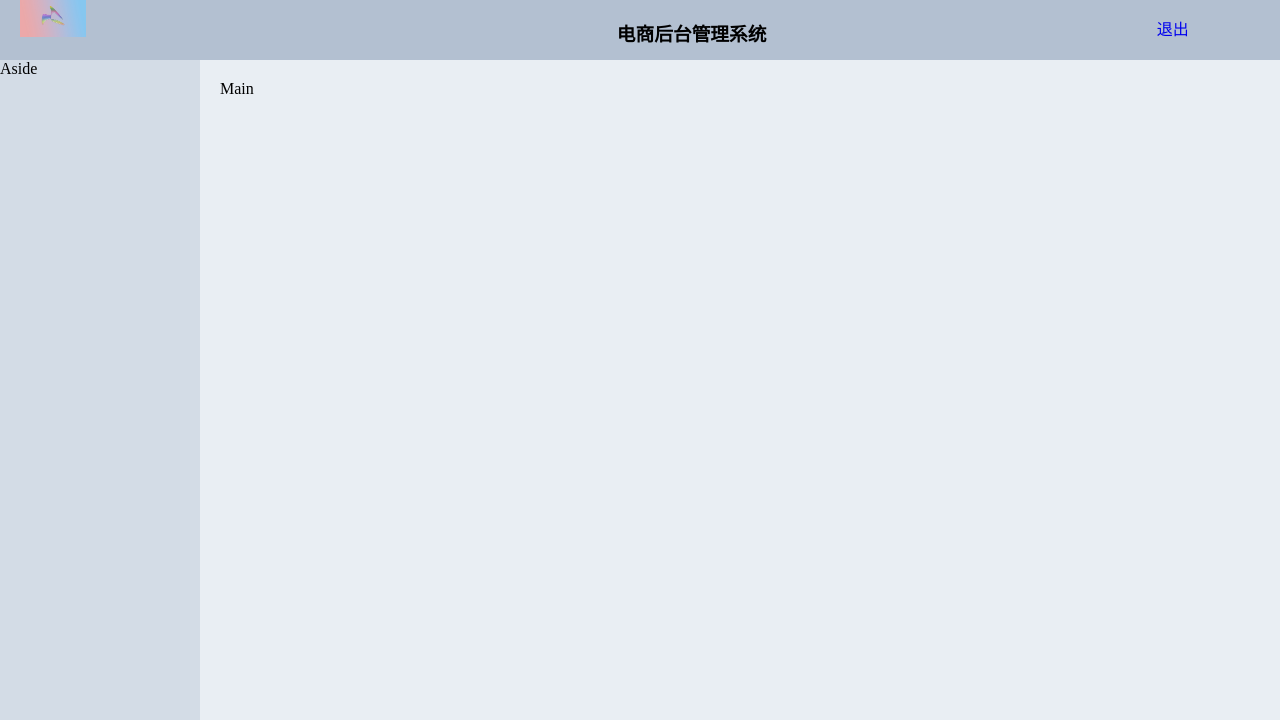
Repository: StenphonCook/mallmanger_my
Page: /#/
The author's editor kept a copy of each file at every save. The page is drawn from the files as they stood at one save, then again after the next save.
The browser window is 1280 px wide. The pictures show the whole page.
The project was rebuilt for these pictures with package versions that can differ from the ones it lists, and the page was loaded fresh each time. Also part of the build but not shown: src/components/login/login.vue.

Above is the page before, as saved 2022-05-18 22:10:58.

### index.html
<!DOCTYPE html>
<html>
  <head>
    <meta charset="utf-8">
    <meta name="viewport" content="width=device-width,initial-scale=1.0">
    <title>mallmanager_my</title>
  </head>
  <body>
    <div id="app"></div>
    <!-- built files will be auto injected -->
  </body>
</html>

### src/main.js
// The Vue build version to load with the `import` command
// (runtime-only or standalone) has been set in webpack.base.conf with an alias.
import Vue from 'vue'
import App from './App'
import router from './router'
import MyHttpServe from '@/plugins/http';
import ElementUI from 'element-ui';
import 'element-ui/lib/theme-chalk/index.css';
import '@/assets/css/reset.css'


Vue.use(ElementUI);
Vue.use(MyHttpServe)

Vue.config.productionTip = false

/* eslint-disable no-new */
new Vue({
    el: '#app',
    router,
    // render:(h)=>h{App}下方代码等价写法，
    components: { App },
    template: '<App/>'
})

### src/App.vue
<template>
  <div id="app">
    <router-view/>
  </div>
</template>

<script>
export default {
  name: 'App'
}
</script>

<style>
  #app{
    height: 100%;
  }
</style>

### src/router/index.js
import Vue from 'vue'
import Router from 'vue-router'
import Login from '@/components/login/login.vue'
import Home from '@/components/home/home.vue'
Vue.use(Router)

export default new Router({
    routes: [{
            name: 'login',
            path: '/login',
            component: Login
        },

        {
            name: 'home',
            path: '/',
            component: Home
        }
    ]
})

### src/plugins/http.js
//插件模块

import axios from "axios";
const MyHttpServe = {}

MyHttpServe.install = (Vue) => {
    // 设置基准接口
    axios.defaults.baseURL = 'http://127.0.0.1:8888/api/private/v1/'
        // 4. 添加实例方法
    Vue.prototype.$http = axios
}

export default MyHttpServe

### src/assets/css/reset.css
html,
body {
    height: 100%;
    padding: 0;
    margin: 0;
}

### src/components/home/home.vue
<template>
    <el-container class="container">
        <el-header class="header">
            <el-row>
                <el-col :span="4">
                <div class="grid-content bg-purple">
                    <img src="../../assets/logo.jpg" width="32%" alt="无法显示图片">
                </div>
                </el-col>
                <el-col :span="18" class="middle">
                    <h3>电商后台管理系统</h3>
                </el-col>
                <el-col :span="2">
                <div class="grid-content bg-purple">
                    <a class="loginOut" href="#">退出</a>
                </div>
                </el-col>
            </el-row>
        </el-header>
        <el-container>
            <el-aside class="aside" width="200px">Aside</el-aside>
            <el-main class="main">Main</el-main>
        </el-container>
    </el-container>
</template>

<script>
    export default {
        name:'Home'
    }
</script>

<style>
    .container{
        height: 100%;
    }
    .header{
        background-color: #b3c0d1;
    }
    .aside{
        background-color: #d3dce6;
    }
    .main{
        background-color: #e9eef3;
        height: 100%;
    }
    /* 头部样式 */
    .middle{
        text-align: center;
    }
    .loginOut{
        text-decoration: none;
        line-height: 60px;
    }
</style>

After the next save:
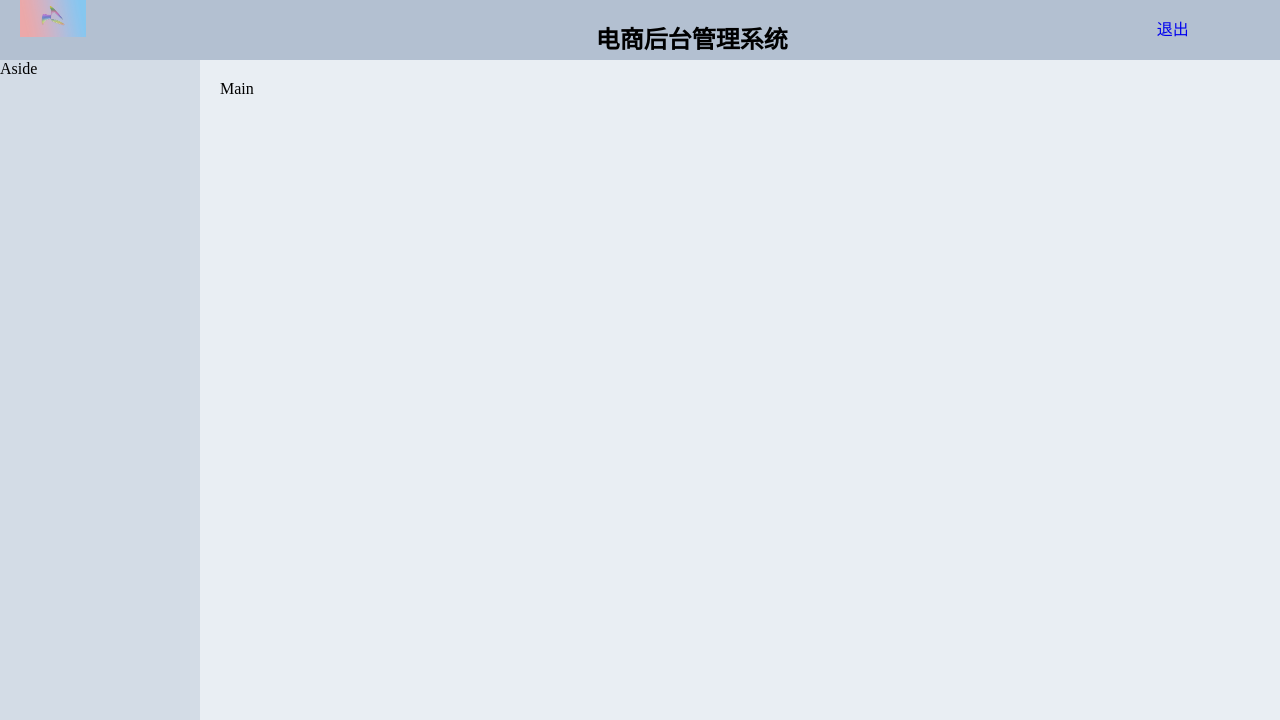
Saved 23 s later.
--- a/src/components/home/home.vue
+++ b/src/components/home/home.vue
@@ -8,7 +8,7 @@
                 </div>
                 </el-col>
                 <el-col :span="18" class="middle">
-                    <h3>电商后台管理系统</h3>
+                    <h2>电商后台管理系统</h2>
                 </el-col>
                 <el-col :span="2">
                 <div class="grid-content bg-purple">
